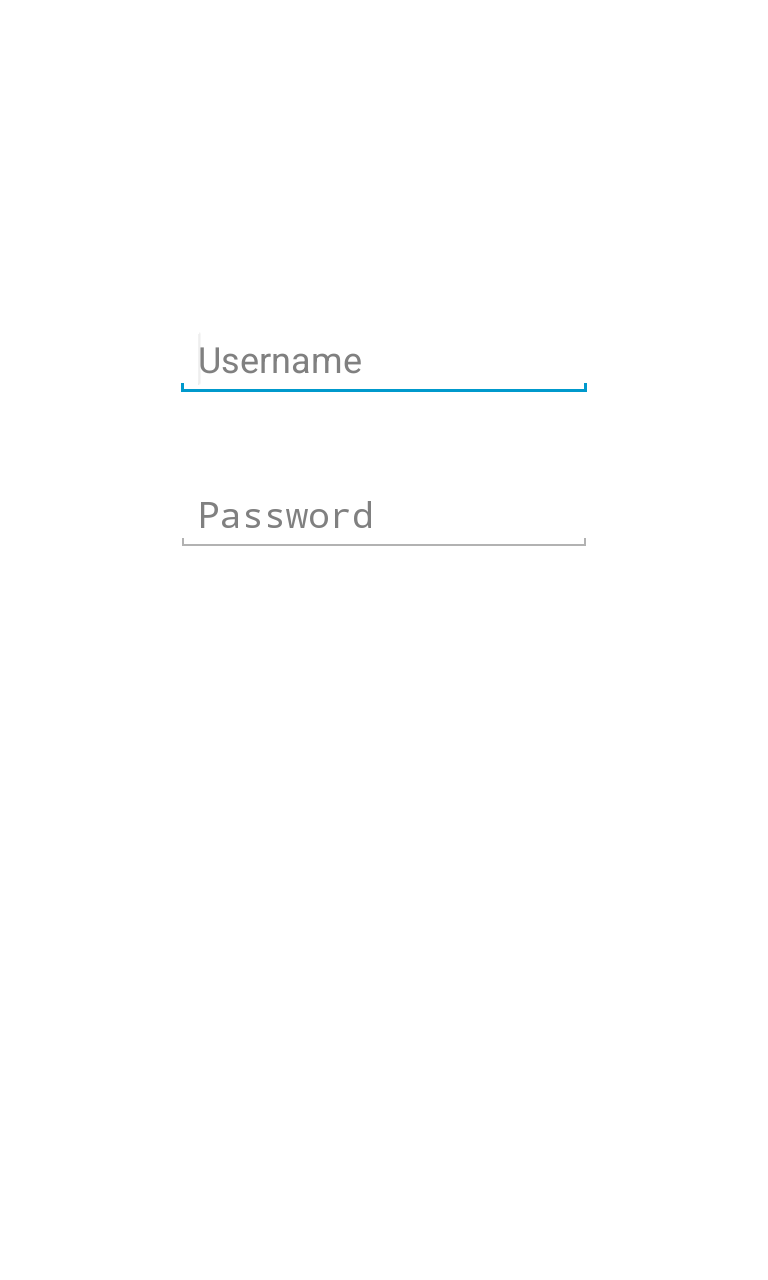
Repository: JustinHoUMD/PoolUp
Layout: PoolUp/res/layout/activity_main.xml
An editor plug-in stored every save of this project. The layout is shown before and after the next save, followed by the edit.
It is drawn on a 768 x 1280 px phone screen (xhdpi) without system bars, with theme AppTheme; the app's code is not run.

Above is the layout before, as saved 2014-04-05 03:05:07.

### PoolUp/res/layout/activity_main.xml
<RelativeLayout xmlns:android="http://schemas.android.com/apk/res/android"
    xmlns:tools="http://schemas.android.com/tools"
    android:layout_width="match_parent"
    android:layout_height="match_parent"
    android:paddingBottom="@dimen/activity_vertical_margin"
    android:paddingLeft="@dimen/activity_horizontal_margin"
    android:paddingRight="@dimen/activity_horizontal_margin"
    android:paddingTop="@dimen/activity_vertical_margin"
    tools:context=".MainActivity" >

    <EditText
        android:id="@+id/editText1"
        android:layout_width="wrap_content"
        android:layout_height="wrap_content"
        android:layout_alignParentTop="true"
        android:layout_centerHorizontal="true"
        android:layout_marginTop="144dp"
        android:ems="10"
        android:hint="@string/Username"
        android:inputType="textPersonName" >

        <requestFocus />
    </EditText>

    <EditText
        android:id="@+id/editText2"
        android:layout_width="wrap_content"
        android:layout_height="wrap_content"
        android:layout_below="@+id/editText1"
        android:layout_centerHorizontal="true"
        android:layout_marginTop="38dp"
        android:ems="10"
        android:hint="@string/Password"
        android:inputType="textPassword" />

</RelativeLayout>

### PoolUp/res/values/strings.xml
<?xml version="1.0" encoding="utf-8"?>
<resources>

    <string name="app_name">PoolUp</string>
    <string name="action_settings">Settings</string>
    <string name="Password">Password</string>
    <string name="Username">Username</string>

</resources>

Loaded but not shown: PoolUp/res/values/styles.xml (common file); PoolUp/res/values-v11/styles.xml (common file); PoolUp/res/values-v14/styles.xml (common file); PoolUp/res/values/dimens.xml (common file)

After the next save:
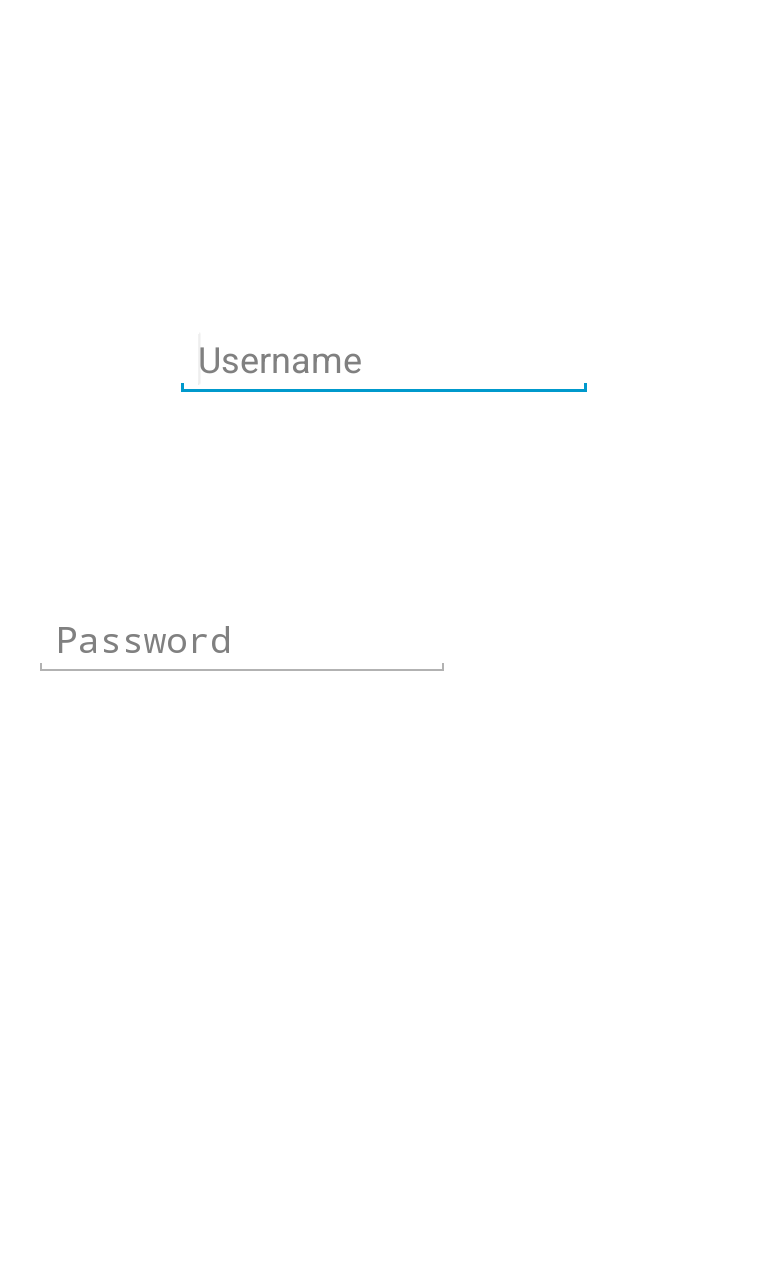
Saved 11 min 35 s later.
--- a/PoolUp/res/layout/activity_main.xml
+++ b/PoolUp/res/layout/activity_main.xml
@@ -9,7 +9,7 @@
     tools:context=".MainActivity" >
 
     <EditText
-        android:id="@+id/editText1"
+        android:id="@+id/username"
         android:layout_width="wrap_content"
         android:layout_height="wrap_content"
         android:layout_alignParentTop="true"
@@ -23,12 +23,11 @@
     </EditText>
 
     <EditText
-        android:id="@+id/editText2"
+        android:id="@+id/password"
         android:layout_width="wrap_content"
         android:layout_height="wrap_content"
-        android:layout_below="@+id/editText1"
-        android:layout_centerHorizontal="true"
-        android:layout_marginTop="38dp"
+        android:layout_alignLeft="@+id/editText1"
+        android:layout_centerVertical="true"
         android:ems="10"
         android:hint="@string/Password"
         android:inputType="textPassword" />
